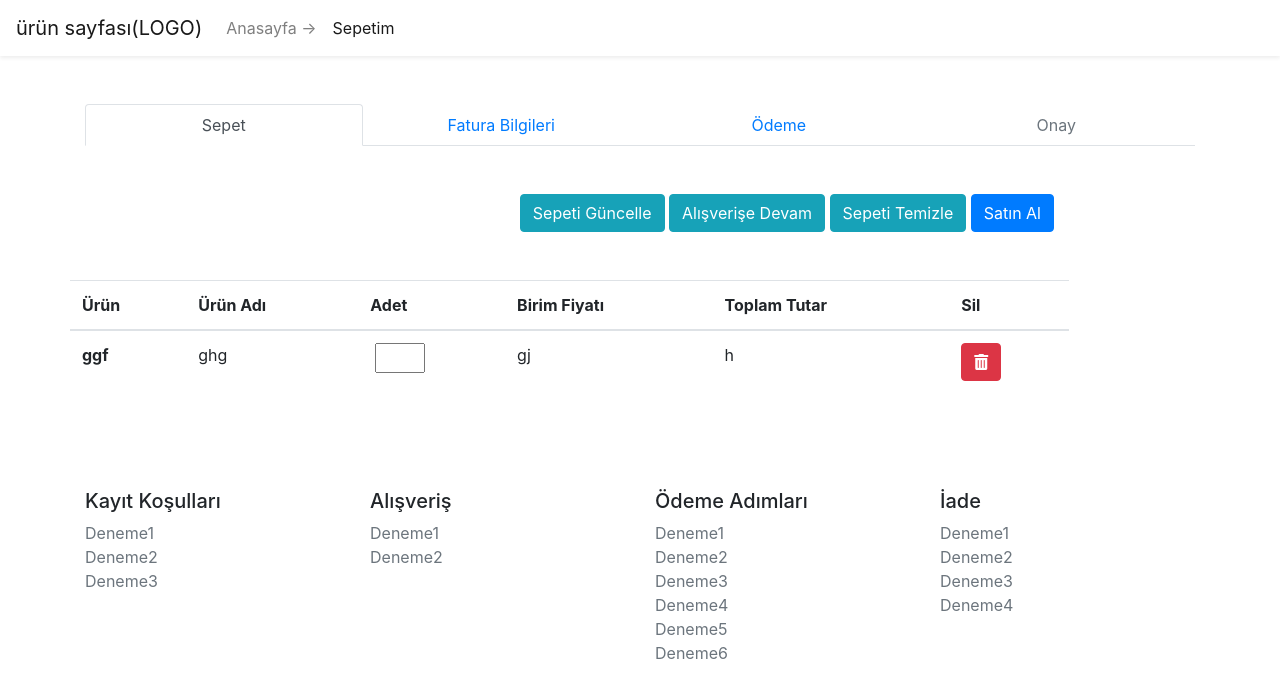
Repository: NergisAktug/E-Commerce-PythonWithFlask-Sqlite3
Page: http://localhost/sepetGoster
These files come from the project's save history. The page is drawn as it stood at one moment and after the next save; the edit follows.
The browser window is 1280 px wide. The pictures show the whole page.
Some web libraries are served in a nearby version. The page is served by the project's application, run on Flask 3 (app.py).

Above is the page before, as saved 2018-12-15 21:52:05.

After the next save:
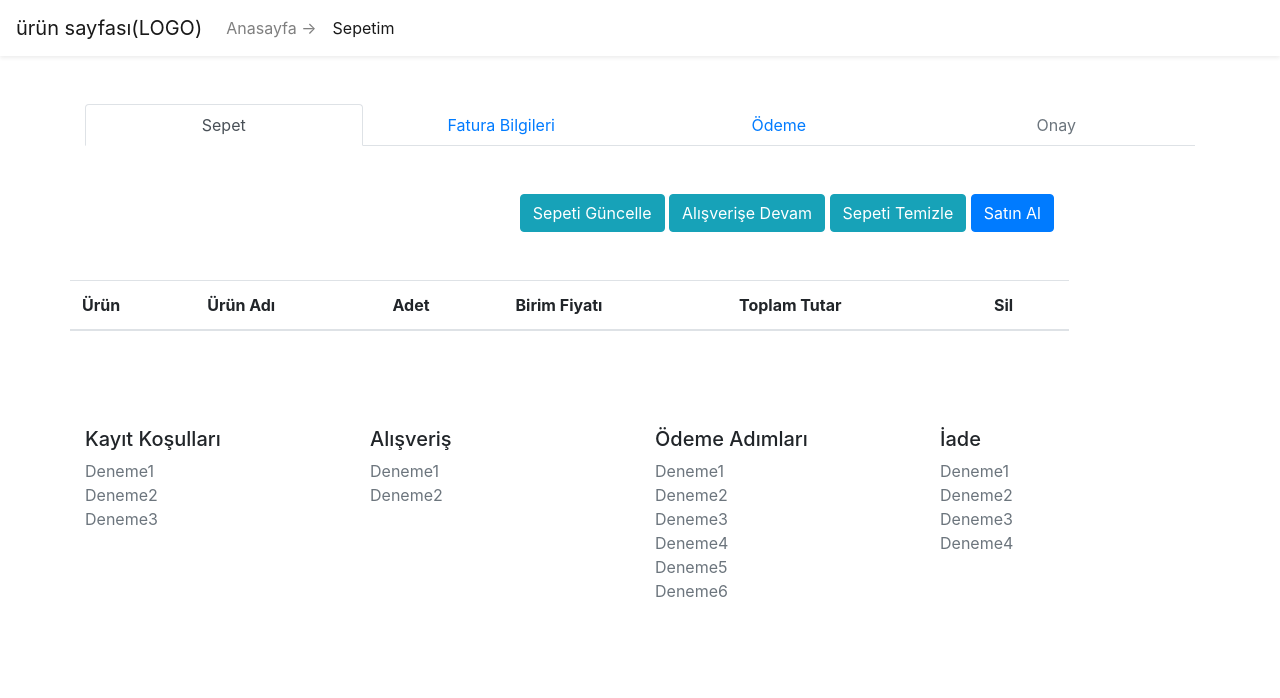
Saved 9 min 28 s later.
--- a/templates/sepet.html
+++ b/templates/sepet.html
@@ -33,9 +33,7 @@
 
     </nav>
     <div class="container my-5">
-            {% if urun==[] %}
-            <div class="alert alert-warning" role="alert">Sepet herhangi bir ürününüz yok</div>
-            {% else %}
+
         <ul class="nav nav-tabs nav-justified">
             <li class="nav-item">
               <a class="nav-link active" href="#">Sepet</a>
@@ -50,7 +48,7 @@
               <a class="nav-link disabled" href="#">Onay</a>
             </li>
           </ul>
-          {% endif %}
+
 
     </div>
     <div class="container my-5">
@@ -66,7 +64,9 @@
         </div>
     </div>
 
-
+    {% if  urun==[] %}
+    <div class="alert alert-warning" role="alert">Herhangi bir ürün yok...</div>
+ {% else %}
             <table class="table my-5">
                     <thead>
                         <tr>
@@ -79,23 +79,27 @@
                         </tr>
                     </thead>
                     <tbody>
+                {% for eleman in urun %}
 
-
+                {% for m in marka %}
+                {% if m.markaId==eleman.markaId %}
                 <tr>
-
-                    <th scope="row">ggf</th>
-                    <td>ghg</td>
+                    <th scope="row">{{eleman.urunismi}}</th>
+                    <td>{{m.marka_modeli}}</td>
                     <td>
                     <label for="adet" ></label>
                     <input type="number" id="adet" style="width:50px">
                     </td>
-                    <td>gj</td>
+                    <td>{{eleman.urunFiyati}}</td>
                     <td>h</td>
                     <td><a href="#" class="btn btn-danger"><i class="fas fa-trash-alt" style="color: white"></i></a></td>
                 </tr>
+                {% endif %}
+                {% endfor %}
+                {% endfor %}
                   </tbody>
                 </table>
-
+                {% endif %}
             </div>
 
 
